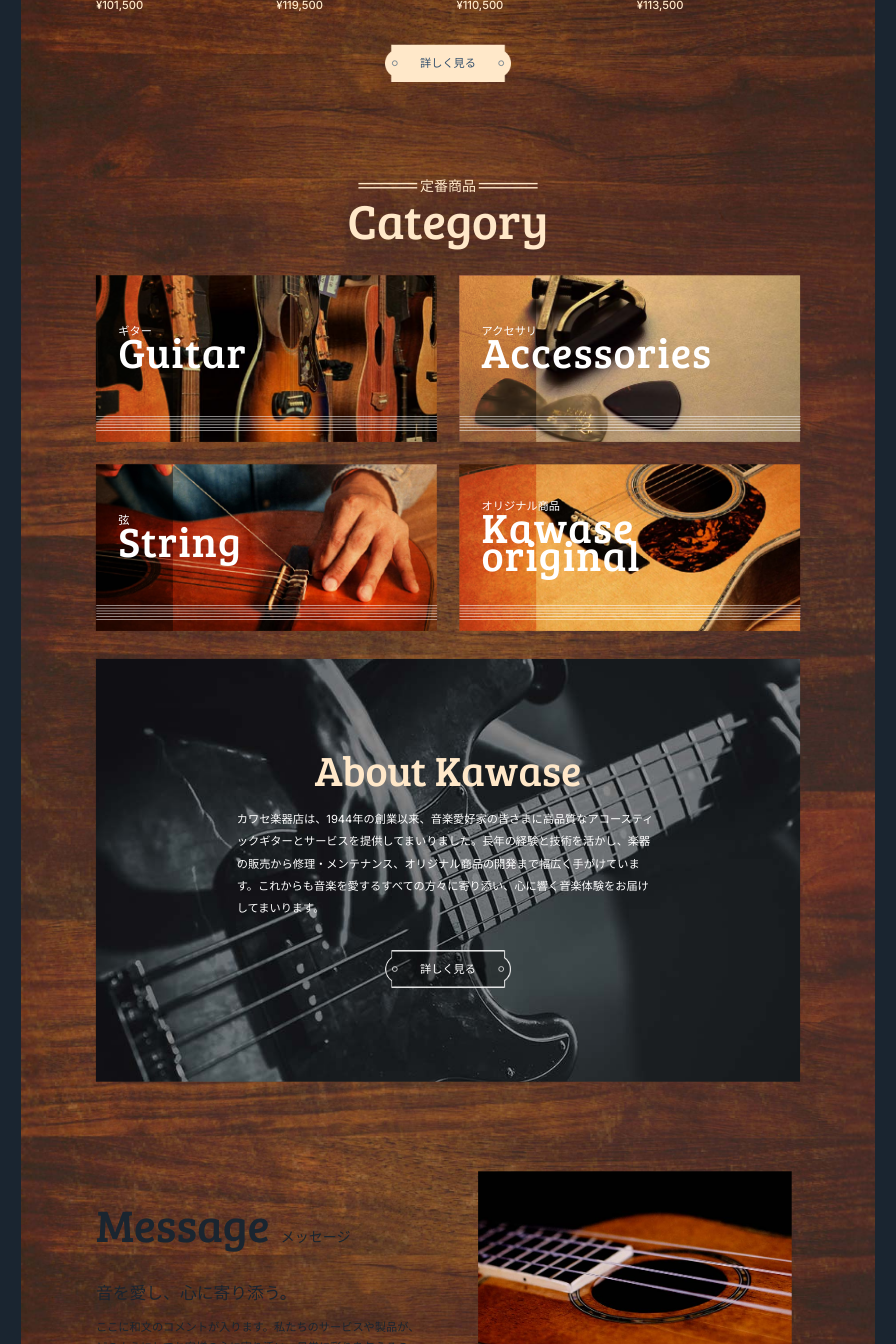
Repository: hyms035k/-----
Page: index.html
These files come from the project's save history. The page is drawn as it stood at one moment and after the next save; the edit follows.
The browser window is 1280 px wide. The pictures show the part of the page from y = 1915 to 3835 px (the page is 4078 px tall before and 4066 px after), at 70% of full size.
Some web fonts or font styles are not loaded; a fallback is used. Some web libraries are served in a nearby version. The style sheet was rebuilt from its Sass, Less or Tailwind sources for each picture, by a compiler version that may differ from the author's.

Above is the page before, as saved 2025-06-05 18:04:01.

### index.html
<!DOCTYPE html>
<html lang="ja">
<head>
    <meta charset="UTF-8">
    <meta name="viewport" content="width=device-width, initial-scale=1.0">
    <title>カワセ楽器（デモ）</title>

    <!-- Tailwind CSS CDN (開発版 - JITコンパイラ含む) -->
    <script src="https://cdn.tailwindcss.com"></script>
    <script>
        // Tailwind CSS の設定 (任意)
        // ここでテーマのカスタマイズなどが可能ですが、まずはデフォルトで進めます。
        // 例: tailwind.config = { theme: { extend: { colors: { 'custom-blue': '#243c5a' } } } }
    </script>
    <style type="text/tailwindcss">
        @layer components {
            .block-box {
                @apply py-10 md:py-20 xl:py-32;
            }
        }
        @layer utilities {
            .outside-double-border {
                @apply flex items-center mx-auto md:w-36 lg:w-48 xl:w-64;
            }
            .outside-double-border:before,
            .outside-double-border:after {
                @apply block flex-grow border-t lg:border-t-2 border-[#ffe8c9] border-b lg:border-b-2 border-[#ffe8c9] h-[5px] lg:h-[8px];
                content: "";
            }
            .outside-double-border:before {
                @apply mr-1;
            }
            .outside-double-border:after {
                @apply ml-1;
            }
            .category-banner {
                @apply relative block h-[35vw] md:h-[126px] lg:h-[170px] xl:h-[238px];
            }
            .category-banner > img {
                @apply absolute inset-0 w-full h-full object-cover z-0;
            }
            .category-banner > .overlay-filter {
                @apply absolute block top-0 left-0 h-full z-10;
                width: 22.6765799%;
                background-color: #444140;
                mix-blend-mode: overlay;
            }
            .category-banner > .banner-label {
                @apply absolute inset-0 z-20 flex items-center pl-6 md:pl-8 pb-10 text-white;
            }
            .category-banner > .banner-label > span {
                @apply block;
            }
            .category-banner > .banner-label > span > :not(.font-serif) {
                @apply block font-medium leading-tight;
            }
            .category-banner > .banner-label > span > .font-serif {
                @apply block text-3xl lg:text-4xl xl:text-[60px] leading-none tracking-wide;
            }
            .category-banner > .banner-line-6 {
                @apply absolute block bottom-4 left-1/2 w-full -translate-x-1/2 flex flex-col gap-[3px] z-20;
                opacity: 0.75;
            }
            .category-banner > .banner-line-6 > span {
                @apply block h-[1px] bg-white;
            }
            @screen md {
                .leading-relaxed {
                    line-height: 1.84;
                }
            }
        }
        @screen md {
            .container {
                @apply max-w-[650px]; /* 768px以上でコンテナのmax-widthは650px */
            }
        }
        @screen lg {
            .container {
                @apply max-w-[870px]; /* 992px以上でコンテナのmax-widthは870px */
            }
        }
        @screen xl {
            .container {
                @apply max-w-[1070px]; /* 1200px以上でコンテナのmax-widthは1070px */
            }
        }
        @screen 2xl {
            .container {
                @apply max-w-[1170px]; /* 1367px以上でコンテナのmax-widthは1170px */
            }
        }
    </style>
    <script>
        // InterフォントをTailwind CSSのデフォルトフォントとして設定
        tailwind.config = {
            theme: {
                // カスタムブレークポイントの定義
                screens: {
                    'sm': '640px',   // Tailwind CSSのデフォルト 'sm'
                    'md': '768px',   // ユーザー指定のBP
                    'lg': '992px',   // ユーザー指定のBP
                    'xl': '1200px',  // ユーザー指定のBP
                    '2xl': '1367px', // ユーザー指定のBP
                },
                // .container クラスのカスタマイズ
                container: {
                    center: true, // コンテナを中央揃えにする
                    padding: {
                        DEFAULT: '1.75rem',
                        md: '1.5rem',
                        lg: '2rem',
                    },
                    screens: {
                        sm: '640px',
                        md: '650px',
                        lg: '870px',
                        xl: '1070px',
                        '2xl': '1170px',
                    },
                },
                extend: {
                    fontFamily: {
                        // デフォルトのサンセリフフォントを Kiwi Maru に設定
                        sans: ['Kiwi Maru', 'Inter', 'sans-serif'],
                        // 見出し等で使用するセリフフォントとして Bree Serif を設定
                        serif: ['Bree Serif', 'serif'],
                    },
                }
            }
        }
    </script>

    <!-- GoogleFonts -->
    <link rel="preconnect" href="https://fonts.googleapis.com">
    <link rel="preconnect" href="https://fonts.gstatic.com" crossorigin>
    <link href="https://fonts.googleapis.com/css2?family=Kiwi+Maru:wght@400;500;600&display=swap" rel="stylesheet">
    <link href="https://fonts.googleapis.com/css2?family=Bree+Serif&display=swap" rel="stylesheet">

    <!-- Interフォントの読み込み (Tailwind CSSのデフォルトフォントファミリーと相性が良い) -->
    <link href="https://fonts.googleapis.com/css2?family=Inter:wght@400;500;600;700&display=swap" rel="stylesheet">

    <link href="./css/style.min.css" rel="stylesheet">
</head>
<body class="font-sans antialiased text-[#1a2530] bg-[#1a2530]">

    <!-- ヒーローセクション -->
    <section id="hero-section" class="h-screen md:h-[56.25vw] lg:h-screen flex flex-col items-center justify-center bg-cover bg-center text-white" aria-labelledby="hero-heading">
        <div class="container h-full flex flex-col items-center justify-center">
            <!-- ロゴのプレースホルダー -->
            <h1 class="hero-logo w-[80%] md:w-[46.1538461%] mx-auto"><img src="./img/top__hero_logo-min.png" alt=""></h1>
            <h2 id="hero-heading" class="text-2xl xl:text-[33px] text-center text-[#ffe1be] leading-[1.4] mt-6">
                あらゆる場面に対処できる<br>長年の経験と技術
            </h2>
        </div>
    </section>

    <main class="px-2 md:px-[30px]">
        <section id="block-1st" class="bg-cover bg-center">
            <div class="container block-box">
                <div class="md:grid md:grid-cols-2 md:gap-[30px] lg:gap-[60px] items-center">
                    <div class="flex flex-col">
                        <div class="md:flex md:items-baseline md:gap-x-2 xl:gap-x-4 text-center md:text-left">
                            <p class="font-serif text-4xl text-5xl xl:text-[65px] leading-tight">Message</p>
                            <h2 class="font-sans lg:text-lg xl:text-[20px] mt-1">メッセージ</h2>
                        </div>
                        <div class="md:hidden my-5">
                            <img src="./img/top__block1st_image.jpg" alt="メッセージのイメージ (スマホ)" class="w-full h-auto object-cover">
                        </div>
                        <div class="md:mt-5 lg:mt-10">
                            <h3 class="font-sans text-[1.3rem] lg:text-[24px] font-medium">音を愛し、心に寄り添う。</h3>
                            <p class="font-sans text-base mt-4 leading-relaxed">
                                ここに和文のコメントが入ります。私たちのサービスや製品が、どのようにしてお客様の心に寄り添い、日常に彩りを与えるのか、その思いを込めてお伝えします。
                                音楽のように、私たちの提供する価値が皆様の生活に調和をもたらすことを願っています。
                            </p>
                        </div>
                    </div>
                    <div class="hidden md:flex items-center justify-center">
                        <img src="./img/top__block1st_image.jpg" alt="メッセージのイメージ (PC)" class="w-full max-w-md h-auto object-cover">
                    </div>
                </div>
            </div>
        </section>

        <section id="block-2nd" class="bg-cover bg-top">
            <div class="container block-box pt-0">
                <!-- おすすめ商品 / Topics -->
                <div id="topics" class="block-box pb-0 text-[#ffe8c9]">
                    <div class="max-w-6xl mx-auto">
                        <div class="md:flex md:items-center md:justify-between">
                            <div class="tracking-wide md:flex md:items-baseline md:gap-x-2 xl:gap-x-4 text-center md:text-left">
                                <p class="text-4xl text-5xl xl:text-[56px] font-serif leading-tight">Topics</p>
                                <h2 class="lg:text-lg xl:text-[20px] ml-2 mt-1 md:mt-0 font-sans">おすすめ商品</h2>
                            </div>
                            <div class="quick-tab flex justify-center md:justify-end gap-2 lg:gap-4 text-sm mt-4 md:mt-0">
                                <div class="btn text-center active"><span><span>ランキング</span></span></div>
                                <div class="btn text-center"><span><span>新着</span></span></div>
                            </div>
                        </div>
                        <!-- 商品カードリスト -->
                        <div class="grid grid-cols-2 md:grid-cols-4 gap-6 md:gap-3 lg:gap-6 mt-6 mb-11">
                            <!-- 商品カード（繰り返し） -->
                            <a href="" class="text-left block">
                                <img src="./img/top__block2nd_topics_guiter_1.jpg" alt="Limited Dreadnought Bass" class="mx-auto mb-4">
                                <span class="block text-xs sm:text-sm">
                                    Limited Dreadnought Bass®<br>
                                    モデルNo: G0041026789
                                </span>
                                <span class="block mt-1 font-medium">¥101,500</span>
                            </a>
                            <!-- 以下、繰り返し -->
                            <a href="" class="text-left block">
                                <img src="./img/top__block2nd_topics_guiter_2.jpg" alt="Limited Dreadnought Bass" class="mx-auto mb-4">
                                <span class="block text-xs sm:text-sm">
                                    Limited Dreadnought Bass®<br>
                                    モデルNo: G0041026790
                                </span>
                                <span class="block mt-1 font-medium">¥119,500</span>
                            </a>
                            <a href="" class="text-left block">
                                <img src="./img/top__block2nd_topics_guiter_3.jpg" alt="Limited Dreadnought Bass" class="mx-auto mb-4">
                                <span class="block text-xs sm:text-sm">
                                    Limited Dreadnought Bass®<br>
                                    モデルNo: G0041026791
                                </span>
                                <span class="block mt-1 font-medium">¥110,500</span>
                            </a>
                            <a href="" class="text-left block">
                                <img src="./img/top__block2nd_topics_guiter_4.jpg" alt="Limited Dreadnought Bass" class="mx-auto mb-4">
                                <span class="block text-xs sm:text-sm">
                                    Limited Dreadnought Bass®<br>
                                    モデルNo: G0041026792
                                </span>
                                <span class="block mt-1 font-medium">¥113,500</span>
                            </a>
                        </div>
                        <div class="text-center">
                            <a href="#" class="inline-block btn text-center"><span><span>詳しく見る</span></span></a>
                        </div>
                    </div>
                </div>

                <!-- 定番商品 / Category セクション -->
                <div id="category" class="block-box pb-0 text-[#ffe8c9]">
                    <div class="text-center mb-8 md:mb-11">
                        <h2 class="outside-double-border lg:text-lg xl:text-[20px] font-medium leading-tight">定番商品</h2>
                        <p class="font-serif text-4xl lg:text-5xl xl:text-[70px] leading-tight lg:leading-none">Category</p>
                    </div>

                    <!-- バナー 2x2 -->
                    <div class="grid grid-cols-1 sm:grid-cols-2 gap-4 md:gap-8">
                        <!-- バナー1 -->
                        <a href="" class="category-banner">
                            <img src="./img/top__block2nd_category_1.jpg" alt="バナー1">
                            <span class="overlay-filter"></span>
                            <span class="banner-label">
                                <span>
                                    <span>ギター</span>
                                    <span class="font-serif">Guitar</span>
                                </span>
                            </span>
                            <span class="banner-line-6">
                                <span></span>
                                <span></span>
                                <span></span>
                                <span></span>
                                <span></span>
                                <span></span>
                            </span>
                        </a>

                        <!-- バナー2 -->
                        <a href="" class="category-banner">
                            <img src="./img/top__block2nd_category_2.jpg" alt="バナー2">
                            <span class="overlay-filter"></span>
                            <span class="banner-label">
                                <span>
                                    <span>アクセサリ</span>
                                    <span class="font-serif">Accessories</span>
                                </span>
                            </span>
                            <span class="banner-line-6">
                                <span></span>
                                <span></span>
                                <span></span>
                                <span></span>
                                <span></span>
                                <span></span>
                            </span>
                        </a>

                        <!-- バナー3 -->
                        <a href="" class="category-banner">
                            <img src="./img/top__block2nd_category_3.jpg" alt="バナー3">
                            <span class="overlay-filter"></span>
                            <span class="banner-label">
                                <span>
                                    <span>弦</span>
                                    <span class="font-serif">String</span>
                                </span>
                            </span>
                            <span class="banner-line-6">
                                <span></span>
                                <span></span>
                                <span></span>
                                <span></span>
                                <span></span>
                                <span></span>
                            </span>
                        </a>

                        <!-- バナー4 -->
                        <a href="" class="category-banner">
                            <img src="./img/top__block2nd_category_4.jpg" alt="バナー4">
                            <span class="overlay-filter"></span>
                            <span class="banner-label">
                                <span>
                                    <span>オリジナル商品</span>
                                    <span class="font-serif">Kawase original</span>
                                </span>
                            </span>
                            <span class="banner-line-6">
                                <span></span>
                                <span></span>
                                <span></span>
                                <span></span>
                                <span></span>
                                <span></span>
                            </span>
                        </a>
                    </div>
                </div>

                <!-- About Kawase セクション -->
                <div id="about-us" class="block-box mt-10 text-[#ffe8c9] bg-cover bg-center px-6 md:px-0">
                    <h2 class="font-serif text-4xl md:text-5xl xl:text-[60px] text-center leading-tight">About Kawase</h2>
                    <div class="text-white leading-relaxed md:leading-loose mx-auto mt-6 md:w-[60%]">カワセ楽器店は、1944年の創業以来、音楽愛好家の皆さまに高品質なアコースティックギターとサービスを提供してまいりました。​長年の経験と技術を活かし、楽器の販売から修理・メンテナンス、オリジナル商品の開発まで幅広く手がけています。​これからも音楽を愛するすべての方々に寄り添い、心に響く音楽体験をお届けしてまいります。</div>
                    <div class="text-center mt-11">
                        <a href="#" class="inline-block btn text-center"><span><span>詳しく見る</span></span><span class="btn-border"></span></a>
                    </div>
                </div>

                <div class="lg:grid lg:grid-cols-2 lg:gap-[60px] items-center pt-10 md:pt-20 xl:pt-[8rem]">
                    <div class="flex flex-col">
                        <div class="md:flex md:items-baseline md:gap-x-4">
                            <h2 class="font-serif text-4xl lg:text-[65px] leading-tight">Message</h2>
                            <p class="font-sans lg:text-[20px] mt-1">メッセージ</p>
                        </div>
                        <div class="lg:hidden my-5">
                            <img src="./img/top__block1st_image.jpg" alt="メッセージのイメージ (スマホ)" class="w-full h-auto object-cover">
                        </div>
                        <div class="lg:mt-10">
                            <h3 class="font-sans text-[1.3rem] lg:text-[24px] font-medium">音を愛し、心に寄り添う。</h3>
                            <p class="font-sans text-base mt-4 leading-relaxed">
                                ここに和文のコメントが入ります。私たちのサービスや製品が、どのようにしてお客様の心に寄り添い、日常に彩りを与えるのか、その思いを込めてお伝えします。
                                音楽のように、私たちの提供する価値が皆様の生活に調和をもたらすことを願っています。
                            </p>
                        </div>
                    </div>
                    <div class="hidden lg:flex items-center justify-center">
                        <img src="./img/top__block1st_image.jpg" alt="メッセージのイメージ (PC)" class="w-full max-w-md h-auto object-cover">
                    </div>
                </div>
            </div>
        </section>
    </main>

</body>
</html>

### scss/_msg-config.scss
@charset "UTF-8";

$base: #1a2530;
$light: #ffe8c9;

$navy: #34506d;
$navy-light: #4d667f;

$accent: #004097;
$bright-accent: #ccd9ea;
$hardright-accent: #eaedf0;
$lavender: #e2e7fe;
$blue: #5f7efb;
$green: #1CA038;
$deep-blue: #3268ED;
$lime: #aacc03;
$dark-gray: #4d4d4d;

@mixin mq($min:0, $max:0, $mode:'screen') {
	$bp_min: '';
	$bp_max: '';
	@if $min > 0 {
		$bp_min: ' and (min-width:#{$min}px)';
	}
	@if $max > 0 {
		$bp_max: ' and (max-width:#{$max - 1}px)';
	}

	@media #{$mode}#{$bp_min}#{$bp_max} {
		@content;
	}
}

@mixin center($y:1, $x:0){
	@if $y > 0 {
		top: 50%;
	}
	@if $x > 0 {
		left: 50%;
	}
	@if $y > 0 or $x > 0 {
		@if $y == 0 or $x == 0 {
			@if $y > 0 {
				transform: translateY(-50%);
			}
			@else {
				transform: translateX(-50%);
			}
		}
		@else {
			transform: translate(-50%,-50%);
		}
	}
}

@mixin full($fixed:0){
	@if $fixed > 0 {
		@if $fixed > 1 {
			position: relative;
		}
		@else{
			position: fixed;
		}
	}
	@else{
		position: absolute;
	}

	top: 0;
	left: 0;
	right: 0;
	bottom: 0;
	display: block;
	width: 100%;
	height: 100%;
}

Loaded but not shown: scss/style.scss (182 lines, source omitted)

After the next save:
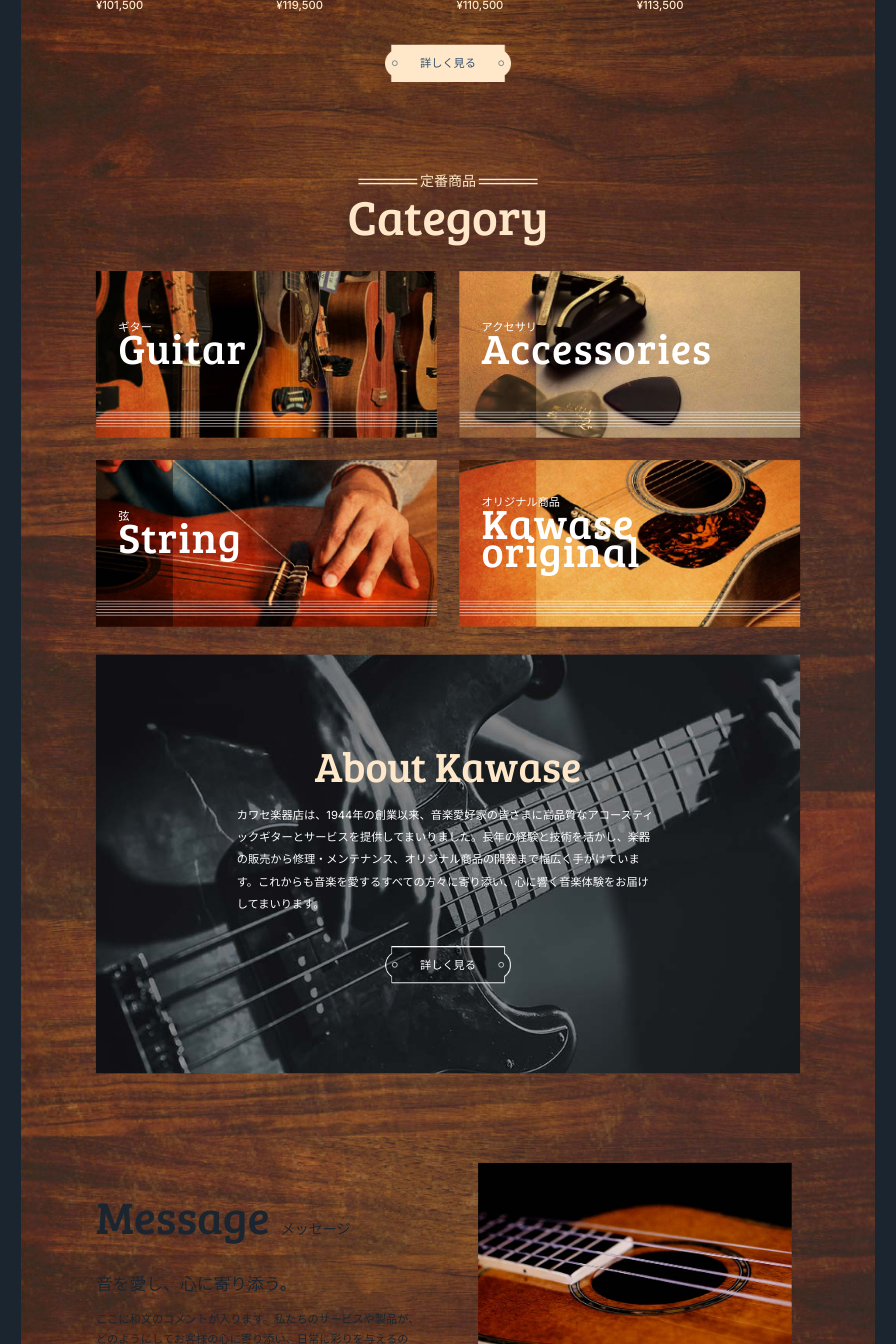
Saved 3 min 2 s later.
--- a/index.html
+++ b/index.html
@@ -235,7 +235,7 @@
                             </a>
                         </div>
                         <div class="text-center">
-                            <a href="#" class="inline-block btn text-center"><span><span>詳しく見る</span></span></a>
+                            <a href="#" class="inline-block btn text-center align-middle"><span><span>詳しく見る</span></span></a>
                         </div>
                     </div>
                 </div>
@@ -336,7 +336,7 @@
                     <h2 class="font-serif text-4xl md:text-5xl xl:text-[60px] text-center leading-tight">About Kawase</h2>
                     <div class="text-white leading-relaxed md:leading-loose mx-auto mt-6 md:w-[60%]">カワセ楽器店は、1944年の創業以来、音楽愛好家の皆さまに高品質なアコースティックギターとサービスを提供してまいりました。​長年の経験と技術を活かし、楽器の販売から修理・メンテナンス、オリジナル商品の開発まで幅広く手がけています。​これからも音楽を愛するすべての方々に寄り添い、心に響く音楽体験をお届けしてまいります。</div>
                     <div class="text-center mt-11">
-                        <a href="#" class="inline-block btn text-center"><span><span>詳しく見る</span></span><span class="btn-border"></span></a>
+                        <a href="#" class="inline-block btn text-center align-middle"><span><span>詳しく見る</span></span><span class="btn-border"></span></a>
                     </div>
                 </div>
 
